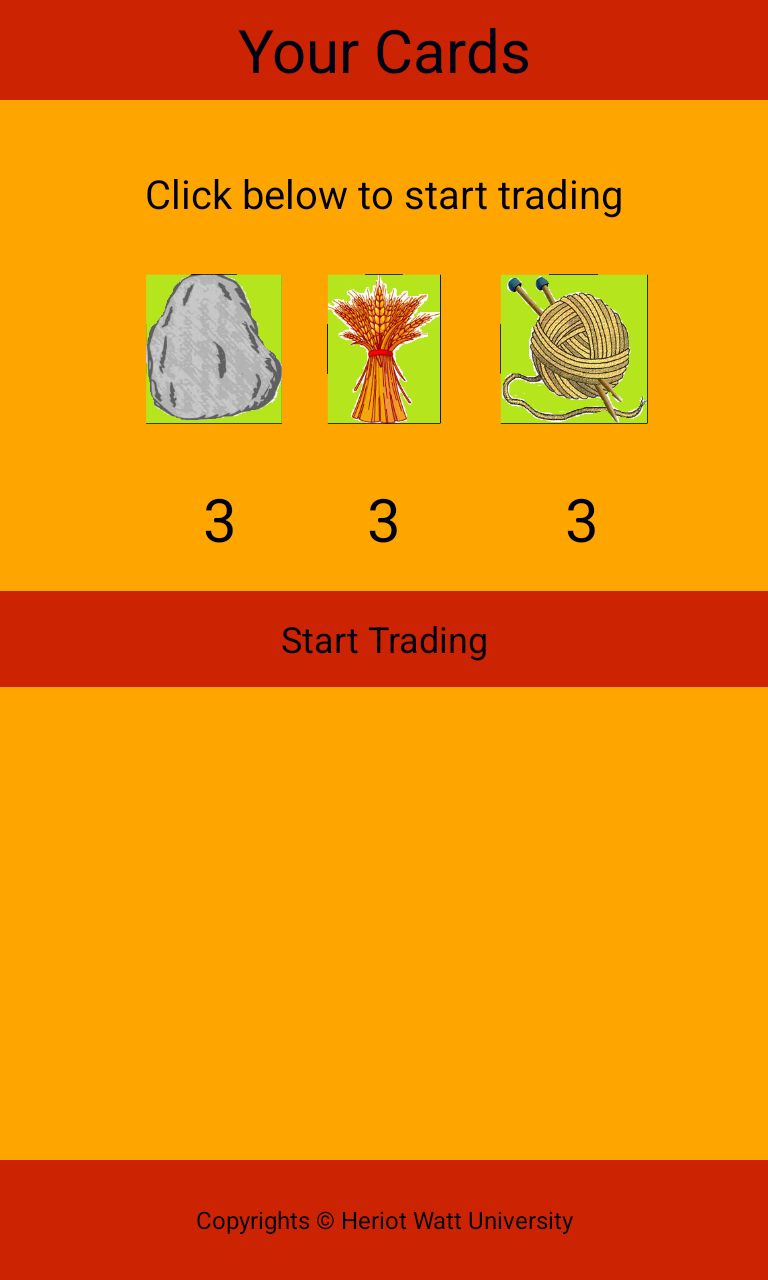
Repository: nidafarooqui/Trading-Game-Version-3
Layout: TaikunClient/res/layout/activity_propose_screen.xml
These files come from the project's save history. The layout is drawn as it stood at one moment and after the next save; the edit follows.
It is drawn on a 768 x 1280 px phone screen (xhdpi) without system bars, with theme AppTheme; the app's code is not run.

Above is the layout before, as saved 2014-08-15 17:16:37.

### TaikunClient/res/layout/activity_propose_screen.xml
<?xml version="1.0" encoding="utf-8"?>
<RelativeLayout xmlns:android="http://schemas.android.com/apk/res/android"
    android:id="@+id/RelativeLayout1"
    android:layout_width="match_parent"
    android:layout_height="match_parent"
    android:background="@color/orange"
    android:orientation="vertical" >

    <ImageView
        android:id="@+id/woolImage"
        android:layout_width="75dp"
        android:layout_height="75dp"
        android:layout_alignTop="@+id/wheatImage"
        android:layout_marginLeft="10dp"
        android:layout_toRightOf="@+id/wheatImage"
        android:src="@drawable/woolcard" />

    <ImageView
        android:id="@+id/wheatImage"
        android:layout_width="75dp"
        android:layout_height="75dp"
        android:layout_alignTop="@+id/rockImage"
        android:layout_centerHorizontal="true"
        android:layout_marginLeft="10dp"
        android:layout_marginRight="10dp"
        android:src="@drawable/wheatcard" />

    <TextView
        android:id="@+id/textViewTurn"
        android:layout_width="match_parent"
        android:layout_height="50dp"
        android:layout_alignParentTop="true"
        android:layout_centerHorizontal="true"
        android:background="@color/darkorrange"
        android:gravity="center_horizontal|center_vertical"
        android:text="Your Cards"
        android:textAppearance="?android:attr/textAppearanceLarge"
        android:textColor="@color/dark"
        android:textSize="30sp" />

    <TextView
        android:id="@+id/rocksGoalState"
        android:layout_width="wrap_content"
        android:layout_height="wrap_content"
        android:layout_alignRight="@+id/rockImage"
        android:layout_below="@+id/rockImage"
        android:layout_marginRight="26dp"
        android:layout_marginTop="27dp"
        android:text="@string/rockTotal"
        android:textColor="@color/dark"
        android:textSize="30sp" />

    <TextView
        android:id="@+id/wheatGoalState"
        android:layout_width="wrap_content"
        android:layout_height="wrap_content"
        android:layout_alignBaseline="@+id/rocksGoalState"
        android:layout_alignBottom="@+id/rocksGoalState"
        android:layout_below="@+id/wheatImage"
        android:layout_centerHorizontal="true"
        android:text="@string/wheatTotal"
        android:textColor="@color/dark"
        android:textSize="30sp" />

    <TextView
        android:id="@+id/woolGoalState"
        android:layout_width="wrap_content"
        android:layout_height="wrap_content"
        android:layout_alignBaseline="@+id/wheatGoalState"
        android:layout_alignBottom="@+id/wheatGoalState"
        android:layout_alignRight="@+id/woolImage"
        android:layout_below="@+id/woolImage"
        android:layout_marginRight="25dp"
        android:text="@string/woolTotal"
        android:textColor="@color/dark"
        android:textSize="30sp" />

    <TextView
        android:id="@+id/textView1"
        android:layout_width="wrap_content"
        android:layout_height="wrap_content"
        android:layout_below="@+id/textViewTurn"
        android:layout_centerHorizontal="true"
        android:layout_marginTop="33dp"
        android:text="Click below to start trading"
        android:textColor="@color/dark"
        android:textSize="20sp" />

    <Button
        android:id="@+id/buttonStartTrade"
        android:layout_width="match_parent"
        android:layout_height="wrap_content"
        android:layout_alignParentLeft="true"
        android:layout_alignParentRight="true"
        android:layout_below="@+id/wheatGoalState"
        android:layout_marginBottom="10dp"
        android:layout_marginTop="16dp"
        android:background="@color/darkorrange"
        android:text="Start Trading"
        android:textColor="@color/dark"
        android:textStyle="normal" />

    <TextView
        android:id="@+id/TextView01"
        android:layout_width="match_parent"
        android:layout_height="60dp"
        android:layout_alignParentBottom="true"
        android:layout_alignParentLeft="true"
        android:layout_marginTop="10dp"
        android:background="@color/darkorrange"
        android:gravity="center_horizontal|center_vertical"
        android:text="Copyrights © Heriot Watt University"
        android:textColor="@color/dark"
        android:textSize="12sp" />

    <ImageView
        android:id="@+id/rockImage"
        android:layout_width="75dp"
        android:layout_height="75dp"
        android:layout_below="@+id/textView1"
        android:layout_marginTop="27dp"
        android:layout_toLeftOf="@+id/wheatImage"
        android:src="@drawable/rockcard" />

</RelativeLayout>

### TaikunClient/res/values/colours.xml
<?xml version="1.0" encoding="utf-8"?>
<resources>

    <color name="white">#FFFFFF</color>
    <color name="black">#000000</color>
    <color name="symptom_color_selected">#003366</color>
    <color name="reaction_color_selected">#003366</color>
    <color name="static_text_color">#003366</color>
    <color name="journal_entry_listitem_text_color">#003366</color>
    <color name="note_text_disabled">#333333</color>
    <color name="sky">#0099CC</color>
    <color name="lightgray">#e7e7e7</color>
      <color name="lightgray02">#bfbfbf</color>
    <color name="dark">#000015</color>
    <color name="lightgreen">#336666</color>
    <color name="orrange">#e33d1b</color>
    <color name="darkorrange">#cc2303</color>


 <color name="ivory">#FFFFF0</color>
 <color name="lightYellow">#FFFFE0</color>
 <color name="snow">#FFFAFA</color>
 <color name="floralWhite">#FFFAF0</color>
 <color name="lemonChiffon">#FFFACD</color>
 <color name="cornsilk">#FFF8DC</color>
 <color name="seashell">#FFF5EE</color>
 <color name="lavenderBlush">#FFF0F5</color>
 <color name="papayaWhip">#FFEFD5</color>
 <color name="blanchedAlmond">#FFEBCD</color>
 <color name="mistyRose">#FFE4E1</color>
 <color name="bisque">#FFE4C4</color>
 <color name="moccasin">#FFE4B5</color>
 <color name="navajoWhite">#FFDEAD</color>
 <color name="peachPuff">#FFDAB9</color>
 <color name="gold">#FFD700</color>
 <color name="pink">#FFC0CB</color>
 <color name="lightPink">#FFB6C1</color>
 <color name="orange">#FFA500</color>
 <color name="lightSalmon">#FFA07A</color>
 <color name="darkOrange">#FF8C00</color>
 <color name="coral">#FF7F50</color>
 <color name="hotPink">#FF69B4</color>
 <color name="tomato">#FF6347</color>
 <color name="orangeRed">#FF4500</color>
 <color name="deepPink">#FF1493</color>
 <color name="fuchsia">#FF00FF</color>
 <color name="magenta">#FF00FF</color>
 <color name="red">#FF0000</color>
 <color name="oldLace">#FDF5E6</color>
 <color name="lightGoldenrodYellow">#FAFAD2</color>
 <color name="linen">#FAF0E6</color>
 <color name="antiqueWhite">#FAEBD7</color>
 <color name="salmon">#FA8072</color>
 <color name="ghostWhite">#F8F8FF</color>
 <color name="mintCream">#F5FFFA</color>
 <color name="whiteSmoke">#F5F5F5</color>
 <color name="beige">#F5F5DC</color>
 <color name="wheat">#F5DEB3</color>
 <color name="sandyBrown">#F4A460</color>
 <color name="azure">#F0FFFF</color>
 <color name="honeydew">#F0FFF0</color>
 <color name="aliceBlue">#F0F8FF</color>
 <color name="khaki">#F0E68C</color>
 <color name="lightCoral">#F08080</color>
 <color name="paleGoldenrod">#EEE8AA</color>
 <color name="violet">#EE82EE</color>
 <color name="darkSalmon">#E9967A</color>
 <color name="lavender">#E6E6FA</color>
 <color name="lightCyan">#E0FFFF</color>
 <color name="burlyWood">#DEB887</color>
 <color name="plum">#DDA0DD</color>
 <color name="gainsboro">#DCDCDC</color>
 <color name="crimson">#DC143C</color>
 <color name="paleVioletRed">#DB7093</color>
 <color name="goldenrod">#DAA520</color>
 <color name="orchid">#DA70D6</color>
 <color name="thistle">#D8BFD8</color>
 <color name="lightGrey">#D3D3D3</color>
 <color name="tan">#D2B48C</color>
 <color name="chocolate">#D2691E</color>
 <color name="peru">#CD853F</color>
 <color name="indianRed">#CD5C5C</color>
 <color name="mediumVioletRed">#C71585</color>
 <color name="silver">#C0C0C0</color>
 <color name="darkKhaki">#BDB76B</color>
 <color name="rosyBrown">#BC8F8F</color>
 <color name="mediumOrchid">#BA55D3</color>
 <color name="darkGoldenrod">#B8860B</color>
 <color name="fireBrick">#B22222</color>
 <color name="powderBlue">#B0E0E6</color>
 <color name="lightSteelBlue">#B0C4DE</color>
 <color name="paleTurquoise">#AFEEEE</color>
 <color name="greenYellow">#ADFF2F</color>
 <color name="lightBlue">#ADD8E6</color>
 <color name="darkGray">#A9A9A9</color>
 <color name="brown">#A52A2A</color>
 <color name="sienna">#A0522D</color>
 <color name="yellowGreen">#9ACD32</color>
 <color name="darkOrchid">#9932CC</color>
 <color name="paleGreen">#98FB98</color>
 <color name="darkViolet">#9400D3</color>
 <color name="mediumPurple">#9370DB</color>
 <color name="lightGreen">#90EE90</color>
 <color name="darkSeaGreen">#8FBC8F</color>
 <color name="saddleBrown">#8B4513</color>
 <color name="darkMagenta">#8B008B</color>
 <color name="darkRed">#8B0000</color>
 <color name="blueViolet">#8A2BE2</color>
 <color name="lightSkyBlue">#87CEFA</color>
 <color name="skyBlue">#87CEEB</color>
 <color name="gray">#808080</color>
 <color name="olive">#808000</color>
 <color name="purple">#800080</color>
 <color name="maroon">#800000</color>
 <color name="aquamarine">#7FFFD4</color>
 <color name="chartreuse">#7FFF00</color>
 <color name="lawnGreen">#7CFC00</color>
 <color name="mediumSlateBlue">#7B68EE</color>
 <color name="lightSlateGray">#778899</color>
 <color name="slateGray">#708090</color>
 <color name="oliveDrab">#6B8E23</color>
 <color name="slateBlue">#6A5ACD</color>
 <color name="dimGray">#696969</color>
 <color name="mediumAquamarine">#66CDAA</color>
 <color name="cornflowerBlue">#6495ED</color>
 <color name="cadetBlue">#5F9EA0</color>
 <color name="darkOliveGreen">#556B2F</color>
 <color name="indigo">#4B0082</color>
 <color name="mediumTurquoise">#48D1CC</color>
 <color name="darkSlateBlue">#483D8B</color>
 <color name="steelBlue">#4682B4</color>
 <color name="royalBlue">#4169E1</color>
 <color name="turquoise">#40E0D0</color>
 <color name="mediumSeaGreen">#3CB371</color>
 <color name="limeGreen">#32CD32</color>
 <color name="darkSlateGray">#2F4F4F</color>
 <color name="seaGreen">#2E8B57</color>
 <color name="forestGreen">#228B22</color>
 <color name="lightSeaGreen">#20B2AA</color>
 <color name="dodgerBlue">#1E90FF</color>
 <color name="midnightBlue">#191970</color>
 <color name="aqua">#00FFFF</color>
 <color name="cyan">#00FFFF</color>
 <color name="springGreen">#00FF7F</color>
 <color name="lime">#00FF00</color>
 <color name="mediumSpringGreen">#00FA9A</color>
 <color name="darkTurquoise">#00CED1</color>
 <color name="deepSkyBlue">#00BFFF</color>
 <color name="darkCyan">#008B8B</color>
 <color name="teal">#008080</color>
 <color name="green">#008000</color>
 <color name="darkGreen">#006400</color>
 <color name="blue">#0000FF</color>
 <color name="mediumBlue">#0000CD</color>
 <color name="darkBlue">#00008B</color>
 <color name="navy">#000080</color>

</resources>

### TaikunClient/res/values/strings.xml
<?xml version="1.0" encoding="utf-8"?>
<resources>

    <string name="app_name">Taikun</string>
    <string name="action_settings">Settings</string>
    <string name="forgetpassword">Forgotten Password!</string>
    <string name="Login">Login</string>
    <string name="password">Password</string>
    <string name="username">Username</string>
    <string name="enterusername">Enter Username</string>
    <string name="repassword">Re Enter Password</string>
    <string name="register">Register</string>
    <string name="cancel">Cancel</string>
    <string name="enterpassword">Enter Password</string>
    <string name="title_activity_home">Home</string>
    <string name="hello_world">Hello world!</string>
    <string name="title_activity_registration">Registration</string>
    <string name="rockTotal">3</string>
    <string name="wheatTotal">3</string>
    <string name="woolTotal">3</string>
    <string name="title_activity_server_socket">ServerSocket</string>
    <string name="title_activity_client">ClientActivity</string>
    <string name="title_activity_taikun_game">Taikun Game Activity</string>
    <string name="title_activity_propose_screen">Propose Screen Activity</string>
    <string name="title_activity_welcome_screen">Welcome Screen</string>

</resources>

Loaded but not shown: TaikunClient/res/values/styles.xml (common file); TaikunClient/res/values-v11/styles.xml (common file); TaikunClient/res/values-v14/styles.xml (common file)

After the next save:
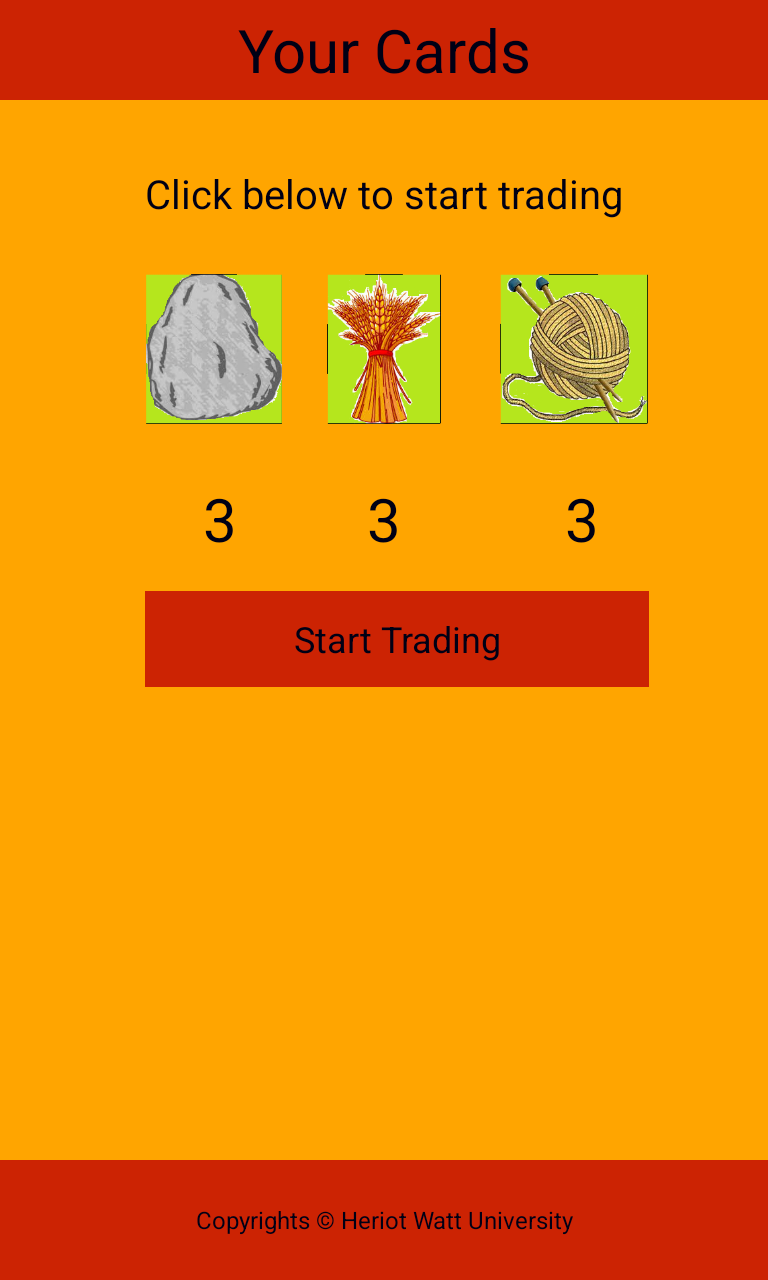
Saved 54 s later.
--- a/TaikunClient/res/layout/activity_propose_screen.xml
+++ b/TaikunClient/res/layout/activity_propose_screen.xml
@@ -90,10 +90,9 @@
         android:id="@+id/buttonStartTrade"
         android:layout_width="match_parent"
         android:layout_height="wrap_content"
-        android:layout_alignParentLeft="true"
-        android:layout_alignParentRight="true"
+        android:layout_alignLeft="@+id/textView1"
+        android:layout_alignRight="@+id/woolImage"
         android:layout_below="@+id/wheatGoalState"
-        android:layout_marginBottom="10dp"
         android:layout_marginTop="16dp"
         android:background="@color/darkorrange"
         android:text="Start Trading"
